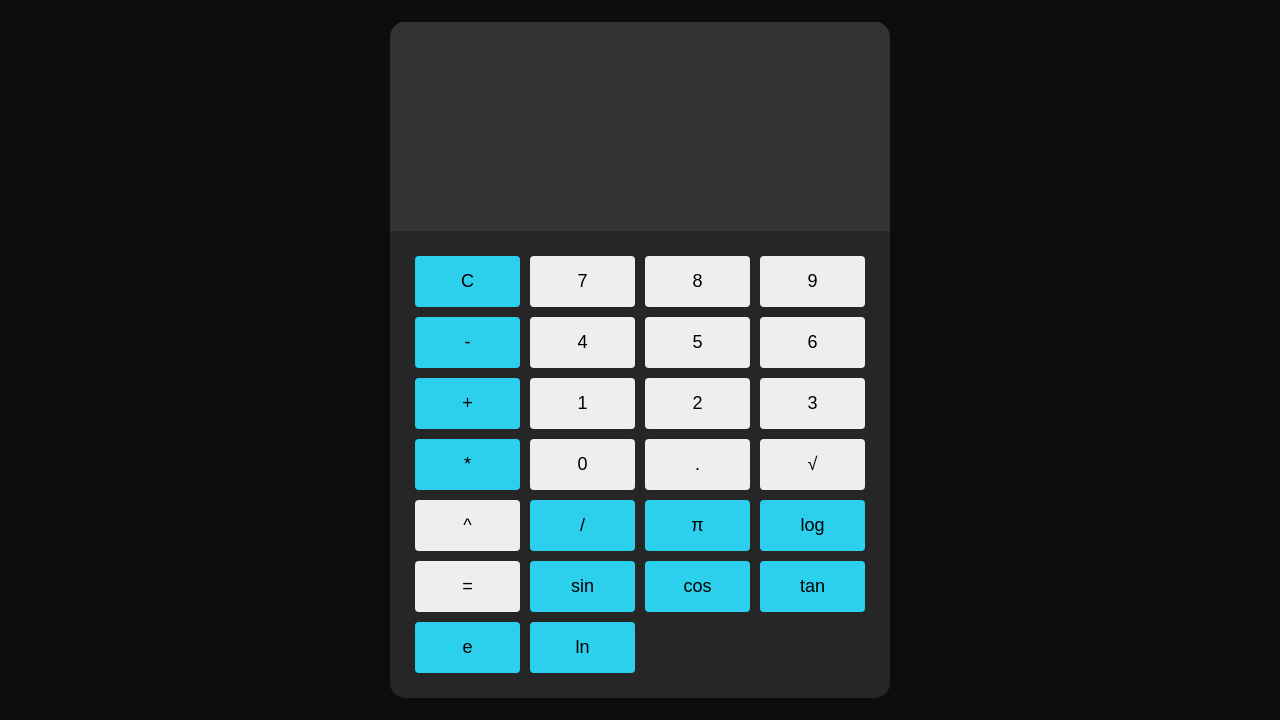
Repository: Haakim19/JavaScript
Page: Calculater/Main.html
These files come from the project's save history. The page is drawn as it stood at one moment and after the next save; the edit follows.
The browser window is 1280 px wide. The pictures show the whole page.

Above is the page before, as saved 2024-10-23 10:26:08.

### Calculater/Main.html
<!DOCTYPE html>
<html lang="en">
<head>
    <meta charset="UTF-8">
    <meta name="viewport" content="width=device-width, initial-scale=1.0">
    <title>Calculator</title>
    <link rel="stylesheet" href="Main.css">
</head>
<body>
    <div id="calculator">
        <div id="calculator-normal">
            <input id= "display1" readonly>
            <input id="display2" readonly>
            <div id="keys">
                <button onclick="clearDisplay()" class="operator-btn">C</button>
                <button onclick="appentToDisplay('7')">7</button>
                <button onclick="appentToDisplay('8')">8</button>
                <button onclick="appentToDisplay('9')">9</button>
                <button onclick="appentToDisplay('-')" class="operator-btn">-</button>
                <button onclick="appentToDisplay('4')">4</button>
                <button onclick="appentToDisplay('5')">5</button>
                <button onclick="appentToDisplay('6')">6</button>
                <button onclick="appentToDisplay('+')" class="operator-btn">+</button>
                <button onclick="appentToDisplay('1')">1</button>
                <button onclick="appentToDisplay('2')">2</button>
                <button onclick="appentToDisplay('3')">3</button>
                <button onclick="appentToDisplay('*')" class="operator-btn">*</button>
                <button onclick="appentToDisplay('0')">0</button>
                <button onclick="appentToDisplay('.')" >.</button>
                <button onclick="appentToDisplay('Math.sqrt()')" >√</button>
                <button onclick="appendToDisplay('**')">^</button>
                <button onclick="appentToDisplay('/')" class="operator-btn">/</button>
                <button onclick="appendToDisplay('Math.PI()')" class="operator-btn">π</button>
                <button onclick="appentToDisplay('Math.log10()')" class="operator-btn">log</button>
                <button onclick="calculate()" >=</button>
                <button onclick="appentToDisplay('Math.sin()')" class="operator-btn">sin</button>
                <button onclick="appentToDisplay('Math.cos()')" class="operator-btn">cos</button>
                <button onclick="appentToDisplay('Math.tan()')" class="operator-btn">tan</button>
                <button onclick="appentToDisplay('Math.e()')" class="operator-btn">e</button>
                <button onclick="appentToDisplay('Math.log()')" class="operator-btn">ln</button>
            </div>
        </div>

    </div>
<script src="Main.js"></script>
</body>
</html>

### Calculater/Main.css
body{
    margin: 0;
    display: flex;
    justify-content: center;
    align-items: center;
    height: 100vh;
    background-color: hsl(0,0%, 5%);

}
#calculate{
    font-family:sans-serif;
}
#calculator-normal{
    background-color: hsl(0, 0%, 15%);
    border-radius: 15px;
    max-width: 500px;
    overflow: hidden;
}

#display1{
    width: 100%;
    padding: 20px;
    font-size: 2rem;
    border: none;
    text-align: left;
    padding-right: -15px;
    color: white;
    background-color: hsl(0, 0%, 20%);

}
#display2{
    width: 100%;
    padding: 20px;
    font-size: 5rem;
    border: none;
    text-align: left;
    padding-right: -15px;
    color: white;
    background-color: hsl(0, 0%, 20%);

}
#keys{
    display: grid;
    grid-template-columns: repeat(4, 1fr);
    gap: 10px;
    padding: 25px;
}
/* #keys-normal{
    width: 80px;
    height: 60px;
    color: white;
    border-radius: 50px;
    border: none;
    font-size: 3rem;
    background-color: hsl(0, 0%, 30%);
    font-weight: bold;
    cursor: pointer;
} */
/* button{
    width: 80px;
    height: 60px;
    color: white;
    border-radius: 50px;
    border: none;
    font-size: 3rem;
    background-color: hsl(0, 0%, 30%);
    font-weight: bold;
    cursor: pointer;
} */
button{
    width: 100%;
    padding: 15px;
    font-size: 18px;
    border: none;
    border-radius: 4px;
    background-color: #eee;
    cursor: pointer;
    transition: background-color 0.3s;
}

button:hover{
    background-color: hsl(0, 0%, 40%);
}

button:active{
    background-color: hsl(0, 0%, 50%);
}

.operator-btn{
    background-color: hsl(189, 84%, 55%);
}

.operator-btn:hover{
    background-color: hsl(189, 84%, 65%);
}

.operator-btn:active{
    background-color: hsl(189, 84%, 75%);
}

### Calculater/Main.js
const display1 = document.getElementById('display1');
const display2 = document.getElementById('display2');

function appentToDisplay(input){
    display2.value += input;
}
function clearDisplay(){
    display1.value = '';
    display2.value = '';
}
function calculate(){
    try{
        display1.value = eval(display2.value);}
    catch{
        display2.value = 'Error';
    }

}

After the next save:
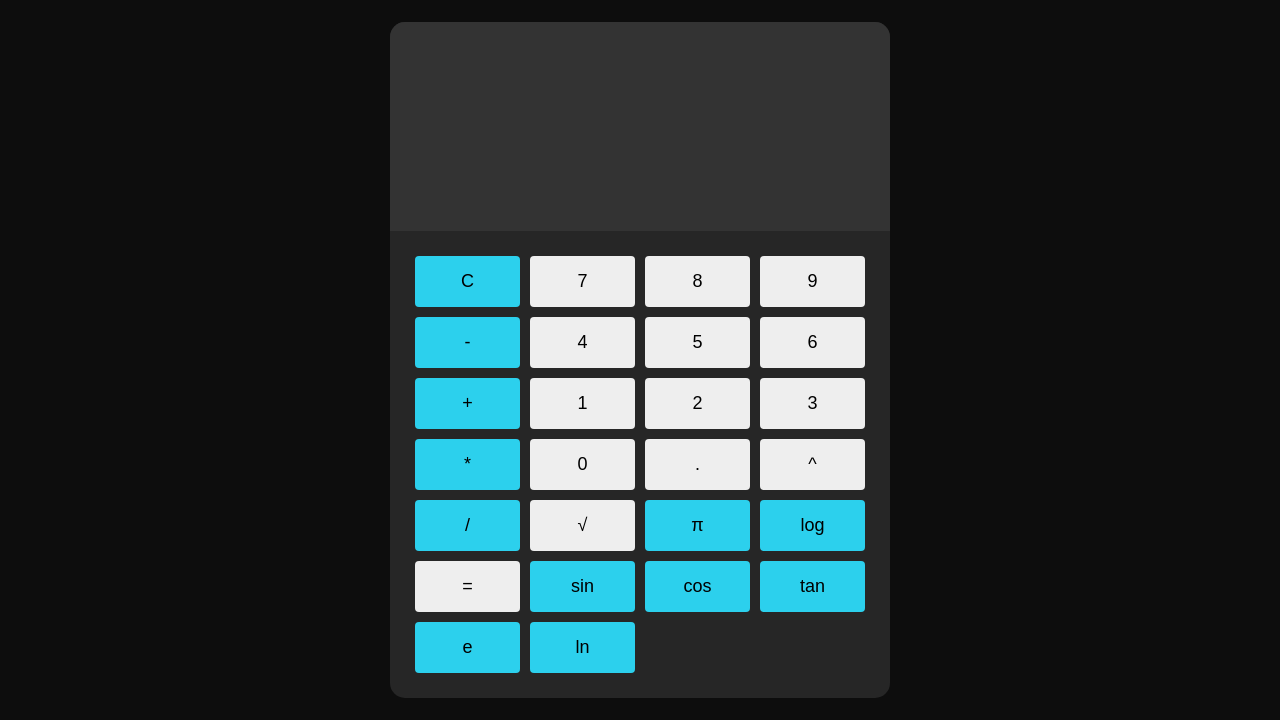
Saved 12 s later.
--- a/Calculater/Main.html
+++ b/Calculater/Main.html
@@ -27,9 +27,9 @@
                 <button onclick="appentToDisplay('*')" class="operator-btn">*</button>
                 <button onclick="appentToDisplay('0')">0</button>
                 <button onclick="appentToDisplay('.')" >.</button>
-                <button onclick="appentToDisplay('Math.sqrt()')" >√</button>
                 <button onclick="appendToDisplay('**')">^</button>
                 <button onclick="appentToDisplay('/')" class="operator-btn">/</button>
+                <button onclick="appentToDisplay('Math.sqrt()')" >√</button>
                 <button onclick="appendToDisplay('Math.PI()')" class="operator-btn">π</button>
                 <button onclick="appentToDisplay('Math.log10()')" class="operator-btn">log</button>
                 <button onclick="calculate()" >=</button>

After the save that followed:
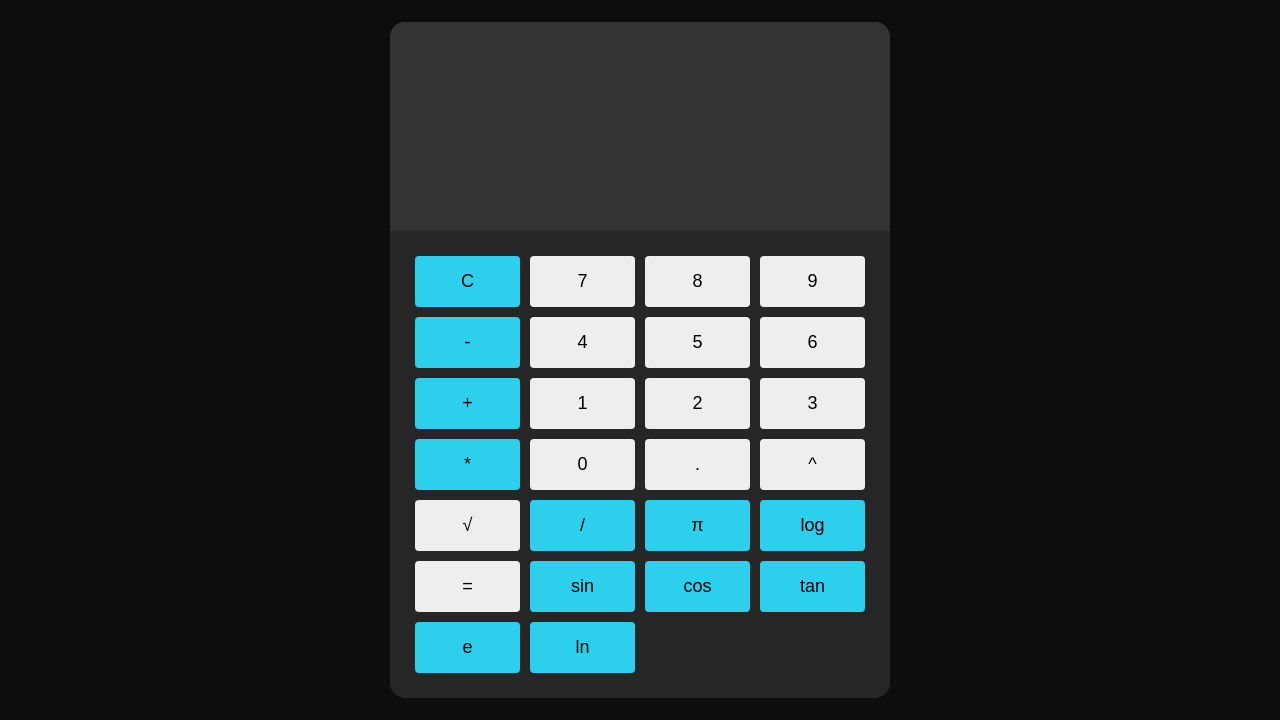
Saved 5 s later.
--- a/Calculater/Main.html
+++ b/Calculater/Main.html
@@ -28,8 +28,8 @@
                 <button onclick="appentToDisplay('0')">0</button>
                 <button onclick="appentToDisplay('.')" >.</button>
                 <button onclick="appendToDisplay('**')">^</button>
+                <button onclick="appentToDisplay('Math.sqrt()')" >√</button>
                 <button onclick="appentToDisplay('/')" class="operator-btn">/</button>
-                <button onclick="appentToDisplay('Math.sqrt()')" >√</button>
                 <button onclick="appendToDisplay('Math.PI()')" class="operator-btn">π</button>
                 <button onclick="appentToDisplay('Math.log10()')" class="operator-btn">log</button>
                 <button onclick="calculate()" >=</button>
